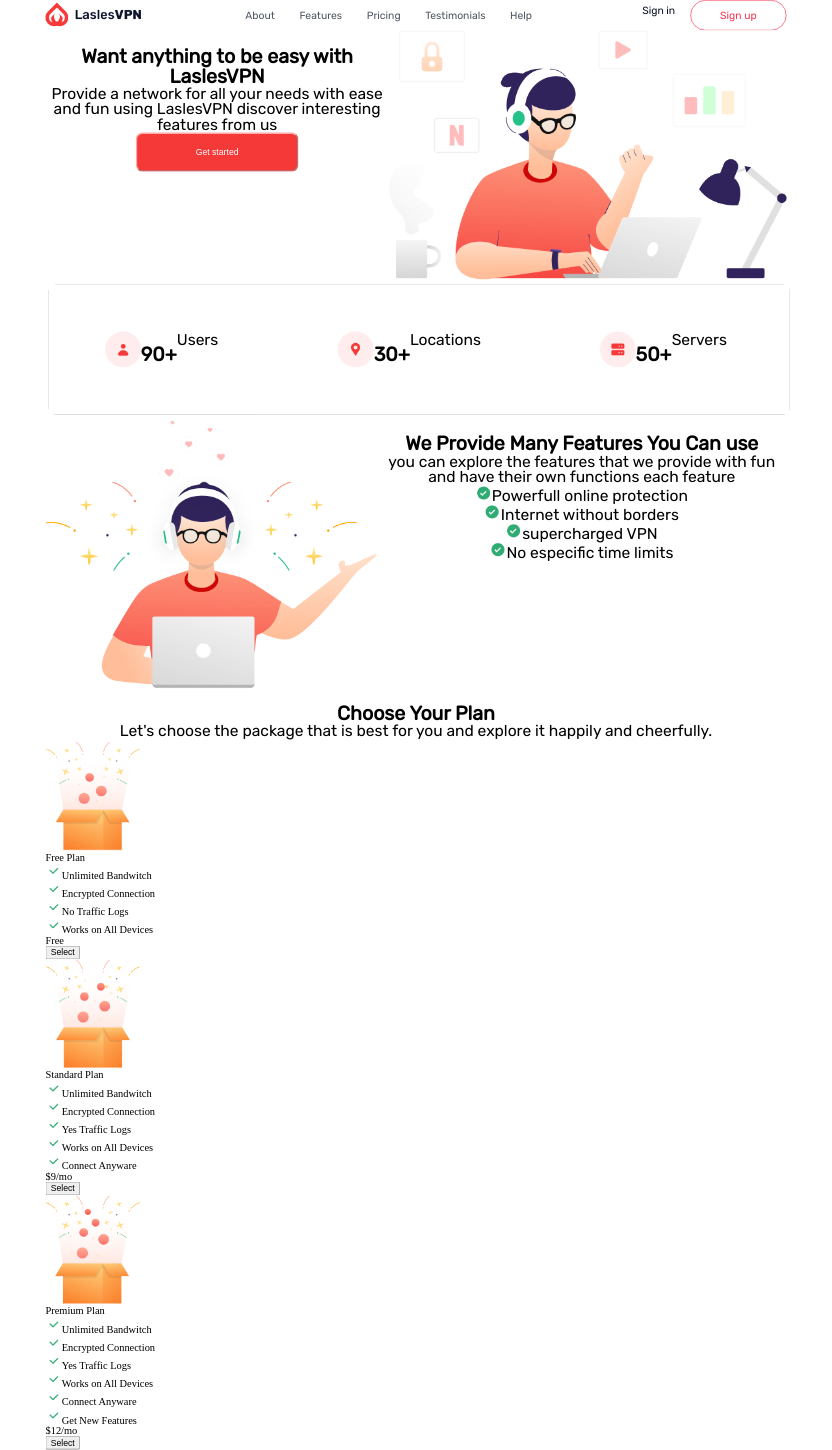
Repository: RaphaelMatheus-br/LP-251123
Page: index.html
These files come from the project's save history. The page is drawn as it stood at one moment and after the next save; the edit follows.
The browser window is 1280 px wide. The pictures show the whole page, at 65% of full size.

Above is the page before, as saved 2023-11-25 15:34:57.

After the next save:
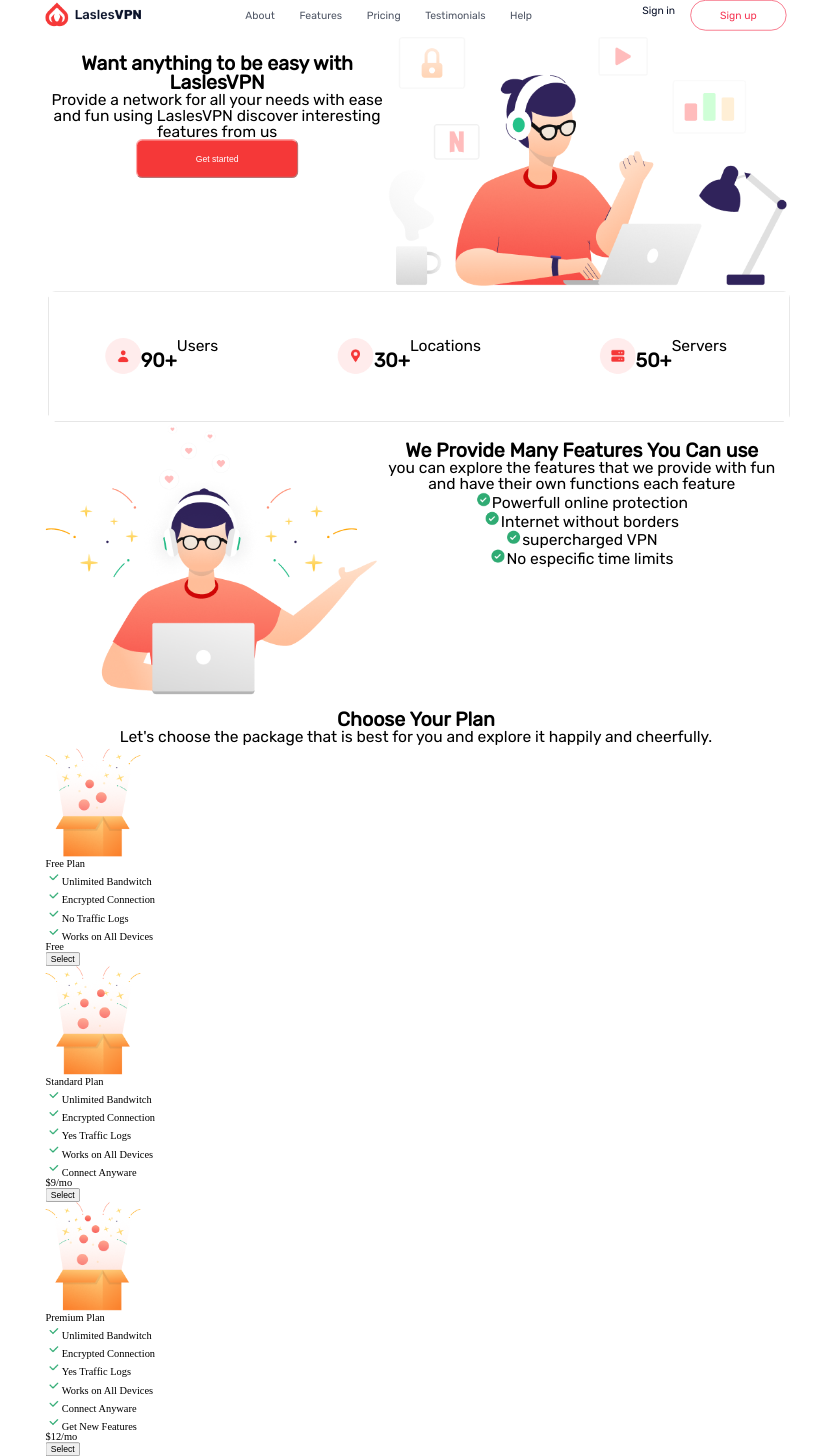
Saved 10 s later.
--- a/style.css
+++ b/style.css
@@ -139,7 +139,7 @@
 
 .box1 {
     display: flex;
-    padding-top: 100;
+    margin-top: 10px;
 }
 
 .box2 {
